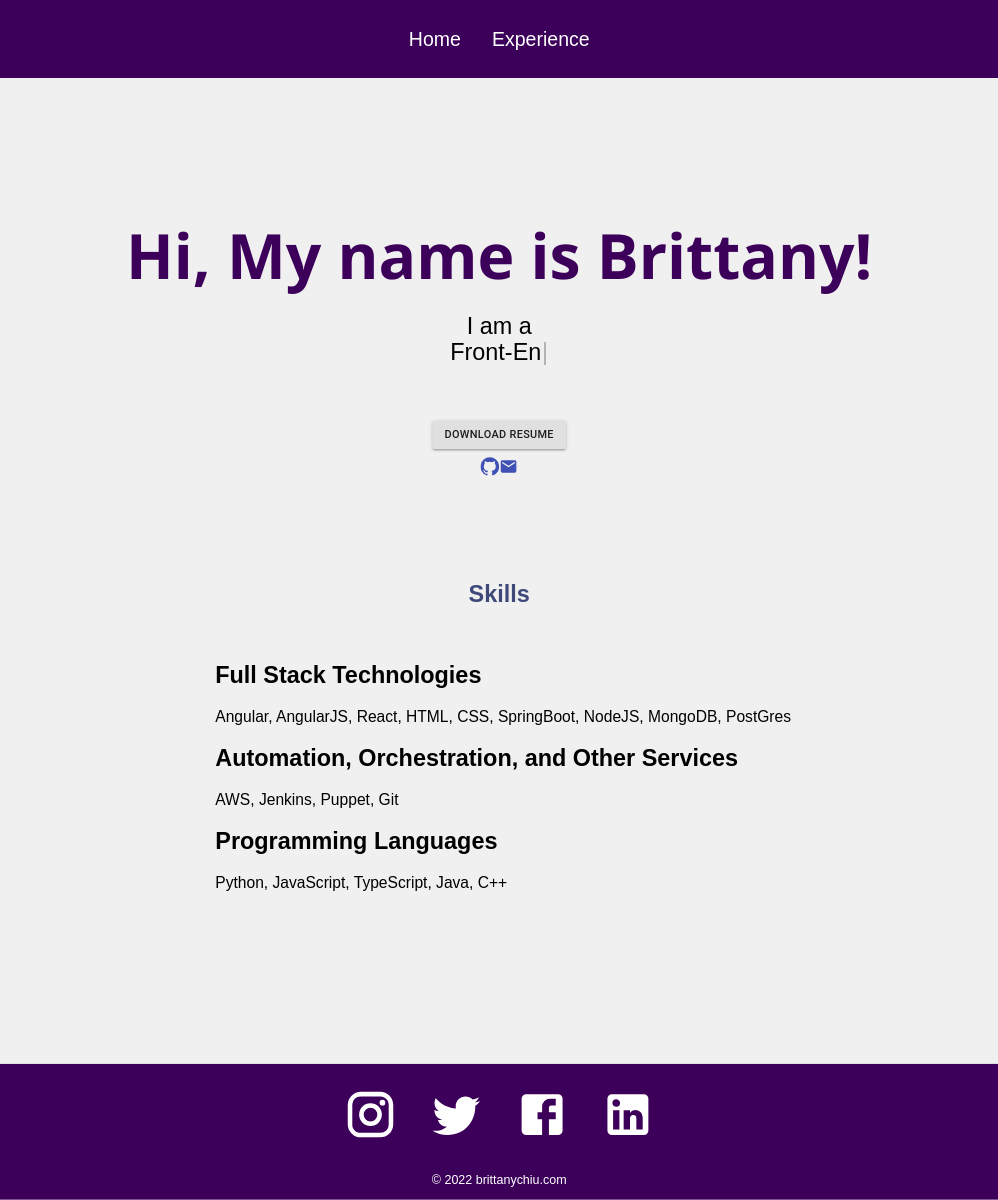
Repository: chiubacca94/chiufolio
Page: /
The author's editor kept a copy of each file at every save. The page is drawn from the files as they stood at one save, then again after a run of saves.
The browser window is 1280 px wide. The pictures show the whole page, at 78% of full size.
The project was rebuilt for these pictures with package versions that can differ from the ones it lists, and the page was loaded fresh each time. Also part of the build but not shown: src/components/Projects/Projects.js, src/components/Experiences/Experiences.css, src/components/Experiences/Experiences.js.

Above is the page before, as saved 2022-07-04 23:23:32.

### public/index.html
<!DOCTYPE html>
<html lang="en">
  <head>
    <meta charset="utf-8" />
    <link rel="icon" href="%PUBLIC_URL%/favicon.ico" />
    <meta name="viewport" content="width=device-width, initial-scale=1" />
    <meta name="theme-color" content="#000000" />
    <meta
      name="description"
      content="Web site created using create-react-app"
    />
    <link rel="apple-touch-icon" href="%PUBLIC_URL%/logo192.png" />
    <!--
      manifest.json provides metadata used when your web app is installed on a
      user's mobile device or desktop. See https://developers.google.com/web/fundamentals/web-app-manifest/
    -->
    <link rel="manifest" href="%PUBLIC_URL%/manifest.json" />
    <!--
      Notice the use of %PUBLIC_URL% in the tags above.
      It will be replaced with the URL of the `public` folder during the build.
      Only files inside the `public` folder can be referenced from the HTML.

      Unlike "/favicon.ico" or "favicon.ico", "%PUBLIC_URL%/favicon.ico" will
      work correctly both with client-side routing and a non-root public URL.
      Learn how to configure a non-root public URL by running `npm run build`.
    -->
    <title>Brittany Chiu</title>
  </head>
  <body>
    <noscript>You need to enable JavaScript to run this app.</noscript>
    <div id="root"></div>
    <!--
      This HTML file is a template.
      If you open it directly in the browser, you will see an empty page.

      You can add webfonts, meta tags, or analytics to this file.
      The build step will place the bundled scripts into the <body> tag.

      To begin the development, run `npm start` or `yarn start`.
      To create a production bundle, use `npm run build` or `yarn build`.
    -->
  </body>
</html>

### src/App.js
import './App.css';
import { BrowserRouter as Router, Routes, Route } from 'react-router-dom';
import Navbar from './components/NavBar/Navbar';
import Home from './components/Home/Home';
import Projects from './components/Projects/Projects';
import Experiences from './components/Experiences/Experiences';
import Footer from './components/Footer/Footer';


function App() {
  return (
    <div className="App">
      <Router>
        <Navbar />
        <Routes>
          <Route path="/" element={ <Home /> }></Route>
          <Route path="/projects" element={ <Projects /> }></Route>
          <Route path="/experiences" element={ <Experiences /> }></Route>
        </Routes>
        <Footer />
      </Router>
    </div>
  );
}

export default App;

### src/App.css
.App {
  width: 100%;
  height: auto;
  display: flex;
  flex-direction: column;
  font-family: Arial, Helvetica, sans-serif;
  background-color: #f0f0f0;
}

body {
  padding: 0;
  margin: 0;
  height: 100%;
}

### src/components/NavBar/Navbar.js
import React, {useEffect, useState} from "react";
import { Link, useLocation } from "react-router-dom";
import ReorderIcon from '@material-ui/icons/Reorder';
import "./Navbar.css"

function Navbar() {
    // NavBr States
    const [ expandNavbar, setExpandNavbar ] = useState(false)
    const location = useLocation();

    // use when location changes and set navbar to false
    useEffect(() => {
        setExpandNavbar(false);
    }, [location])

    return (
        // id will change based on state
        <div className="navbar" id={expandNavbar ? "open" : "close"}>
            <div className="toggleButton">
                <button onClick={() => { setExpandNavbar((prev) => !prev) }}>
                    <ReorderIcon></ReorderIcon>
                </button>
            </div>
            <div className="links">
                <Link to="/"> Home </Link>
                {/* <Link to="/projects"> Projects </Link>  */}
                <Link to="/experiences"> Experience </Link>
            </div>
        </div>
    )
}

export default Navbar;

### src/components/Home/Home.js
import React from 'react'
import GitHubIcon from '@material-ui/icons/GitHub'
import EmailIcon from '@material-ui/icons/Email'
import Button from '@material-ui/core/Button'
import Link from '@material-ui/core/Link'
import Typewriter from 'typewriter-effect';
import './Home.css'

export default function Home() {
  return (
    <div className='home'>
        <section className='about'>
            <h2>Hi, My name is Brittany!</h2>
            <div className='prompt'> I am a
            <Typewriter
                options={{
                    strings: ['Front-End Developer', 'Back-End Developer', 'Full Stack Developer', 'Software Engineer'],
                    autoStart: true,
                    loop: true,
                }}
                />
            </div>
            <Button variant='contained' href="./BChiu_Resume.pdf" download="./BChiu_Resume.pdf">Download Resume</Button>
            <div className='icons'>
                <Link href="https://github.com/brittanychiucode/" target="_blank" >
                    <GitHubIcon />
                </Link>
                <Link href="mailto:bc.chiu12@gmail.com" target="_blank" >
                    <EmailIcon />
                </Link>
            </div>
        </section>
        <section className='skills'>
            <h1>Skills</h1>
            <ol className='list'>
                <li className='item'>
                    <h2>Full Stack Technologies</h2>
                    <span>Angular, AngularJS, React, HTML, CSS, SpringBoot, NodeJS, MongoDB, PostGres</span>
                </li>
                <li className='item'>
                    <h2>Automation, Orchestration, and Other Services</h2>
                    <span>AWS, Jenkins, Puppet, Git</span>
                </li>
                <li className='item'>
                    <h2>Programming Languages</h2>
                    <span>Python, JavaScript, TypeScript, Java, C++</span>
                </li>
            </ol>
        </section>
    </div>
  )
}

### src/components/Footer/Footer.js
import React from 'react';
import InstagramIcon  from '@material-ui/icons/Instagram';
import TwitterIcon from '@material-ui/icons/Twitter';
import FacebookIcon from '@material-ui/icons/Facebook';
import LinkedInIcon from '@material-ui/icons/LinkedIn';
import Link from '@material-ui/core/Link'
import './Footer.css'

export default function Footer() {
  return (
    <div className='footer'>
        <div className='socialMedia'>
            <Link href="https://www.instagram.com/bchiuable/" target="_blank" >
                <InstagramIcon />
            </Link>
            <Link href="https://twitter.com/brittanychiu" target="_blank" >
                <TwitterIcon />
            </Link>
            <Link href="https://www.facebook.com/brittany.chiu94"  target="_blank" >
                <FacebookIcon />
            </Link>
            {/* className={classes.link} */}
            <Link href="https://www.linkedin.com/in/brittanychiu/"  target="_blank" >
                <LinkedInIcon />
            </Link>
        </div>
        <p>&copy; 2022 brittanychiu.com</p>
    </div>
  )
}

### src/components/NavBar/Navbar.css
.navbar {
    width: 100%;
    height: 100px;
    background: #3c005a;
  }

  .links {
    width: 100%;
    height: 100%;
    display: flex;
    align-items: center;
    justify-content: center;
    color: white;
  }

  .navbar a {
    color: white;
    text-decoration: none;
    margin: 20px;
    font-size: 25px;
  }

  .toggleButton {
    width: 100%;
    height: 100px;
    display: flex;
    align-items: center;
    justify-content: flex-end;
  }

  .toggleButton svg {
    font-size: 50px;
  }
  .toggleButton button {
    margin-right: 20px;
    background-color: transparent;
    border: none;
    color: white;
    cursor: pointer;
  }

  #open {
    height: 100vh;
  }

  #open .links {
    flex-direction: column;
    justify-content: flex-start;
    margin-top: 100px;
  }

  #open a {
    width: 100%;
    text-align: center;
  }

  @media only screen and (max-width: 900px) {
    .navbar a {
      width: 70px;
    }
  }

  @media only screen and (max-width: 600px) {
    .toggleButton {
      display: flex;
    }
    #close a {
      display: none;
    }
  }

  @media only screen and (min-width: 600px) {
    .toggleButton {
      display: none;
    }

    .hiddenLinks {
      display: none;
    }

    #open {
      height: 100px;
    }

    #open .links {
      flex-direction: row;
    }
  }

### src/components/Home/Home.css
.home {
    width: 100%;
    align-items: center;
    font-family: "Arial", sans-serif;
    /* color: #3e497a; */
    color: white;
  }

  .about {
    width: 100%;
    height: calc(100vh - 100px);
    display: flex;
    flex-direction: column;
    justify-content: center;
    align-items: center;
    text-align: center;
    /* background-color: #21325e; */
    color: black;
  }

  .about h2 {
    font-family: "Segoe UI", Tahoma, Geneva, Verdana, sans-serif;
    font-size: 80px;
    color: #3c005a;
    min-height: 50px;
    margin-bottom: 10px;
  }

  .about .prompt {
    padding-top: 10px;
    width: 40%;
    font-size: 30px;
    margin-bottom: 70px;
  }
  .prompt svg {
    font-size: 60px;
    margin: 5px;
    color: white;
  }

  .icons{
    padding-top: 10px;
  }

  .skills {
    font-size: 20px;
    width: 100%;
    display: flex;
    justify-content: center;
    flex-direction: column;
    align-items: center;
    scroll-snap-type: y mandatory;
  }

  .skills section {
    scroll-snap-align: start;
}

  .skills h1 {
    color: #3e497a;
  }

  .skills .list {
    list-style: none;
    width: 60%;
    color: black;
  }

  .list span {
    font-size: 20px;
  }

  @media only screen and (max-width: 905px) {
    .about h2 {
      font-size: 60px;
    }

    .about .prompt {
      margin-top: 10px;
      font-size: 20px;
      width: 80%;
    }

    .skills {
      text-align: center;
    }
    .list {
      padding: 0;
    }

    .skills h2 {
      font-size: 30px;
    }
  }

  @media only screen and (max-width: 600px) {
    .about h2 {
      font-size: 40px;
    }

    .about .prompt {
      margin-top: 10px;
      font-size: 20px;
      width: 80%;
    }

    .skills {
      text-align: center;
    }
    .list {
      padding: 0;
    }

    .skills h2 {
      font-size: 30px;
    }
  }

### src/components/Footer/Footer.css
.footer {
    width: 100%;
    height: none;
    background: #3c005a;
    display: flex;
    justify-content: center;
    align-items: center;
    flex-direction: column;
    padding-top: 10px;
    margin-top: 200px;
    bottom: 0;
  }

  .socialMedia svg {
    color: white;
    margin: 20px;
    font-size: 70px;
    cursor: pointer;
  }

  .footer p {
    color: white;
  }

  @media only screen and (max-width: 600px) {
    .footer svg {
      font-size: 50px;
    }
  }

Loaded but not shown: src/index.js (common file); src/index.css (common file); src/reportWebVitals.js (common file)

After the next 2 saves:
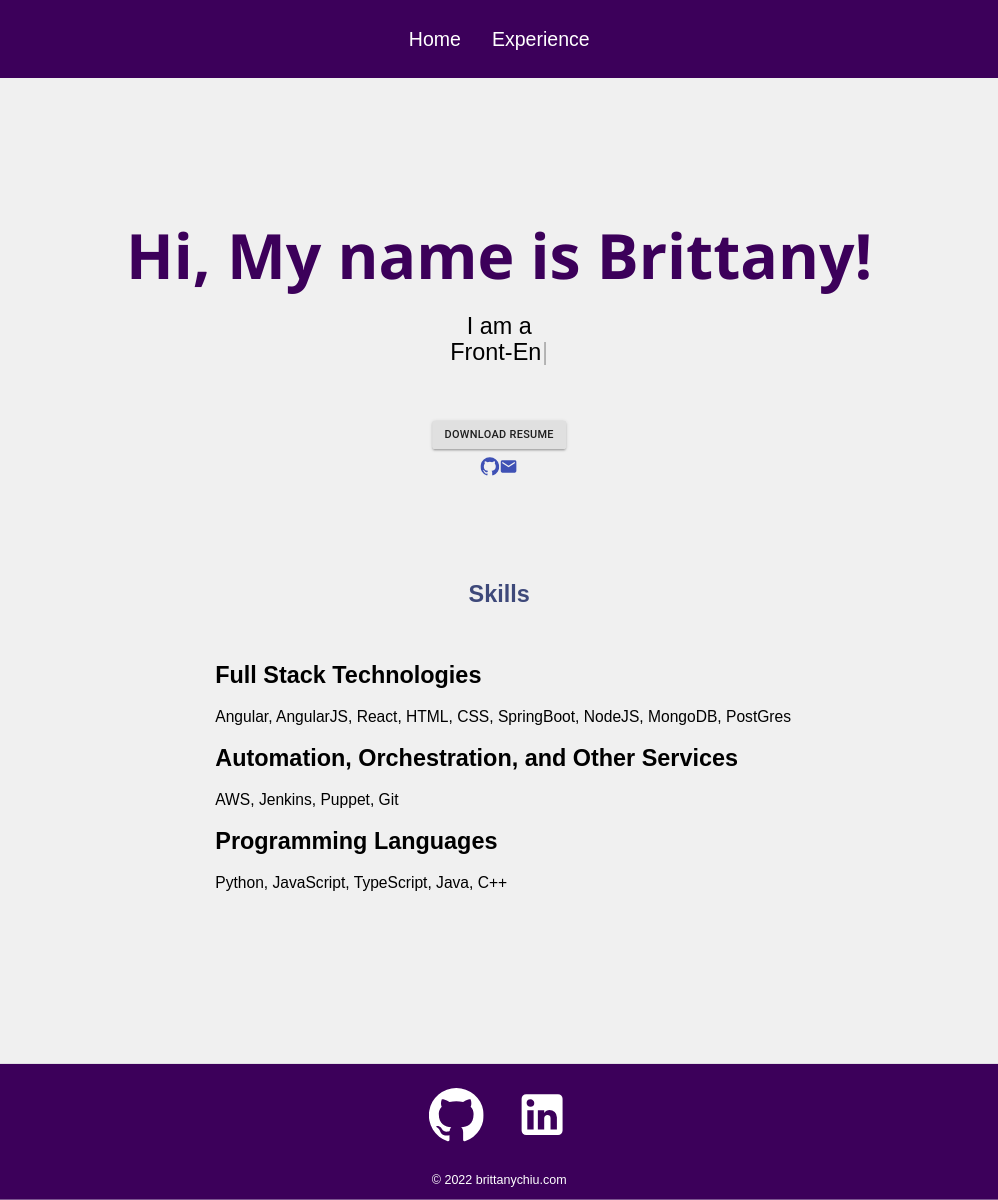
The 2 saves are shown as one change because 1 did not build or start.
The last was saved 25 min 44 s later.
--- a/src/components/Footer/Footer.js
+++ b/src/components/Footer/Footer.js
@@ -1,7 +1,5 @@
 import React from 'react';
-import InstagramIcon  from '@material-ui/icons/Instagram';
-import TwitterIcon from '@material-ui/icons/Twitter';
-import FacebookIcon from '@material-ui/icons/Facebook';
+import GitHubIcon from '@material-ui/icons/GitHub';
 import LinkedInIcon from '@material-ui/icons/LinkedIn';
 import Link from '@material-ui/core/Link'
 import './Footer.css'
@@ -10,14 +8,8 @@ export default function Footer() {
   return (
     <div className='footer'>
         <div className='socialMedia'>
-            <Link href="https://www.instagram.com/bchiuable/" target="_blank" >
-                <InstagramIcon />
-            </Link>
-            <Link href="https://twitter.com/brittanychiu" target="_blank" >
-                <TwitterIcon />
-            </Link>
-            <Link href="https://www.facebook.com/brittany.chiu94"  target="_blank" >
-                <FacebookIcon />
+            <Link href="https://github.com/brittanychiucode/" target="_blank" >
+                    <GitHubIcon />
             </Link>
             {/* className={classes.link} */}
             <Link href="https://www.linkedin.com/in/brittanychiu/"  target="_blank" >
